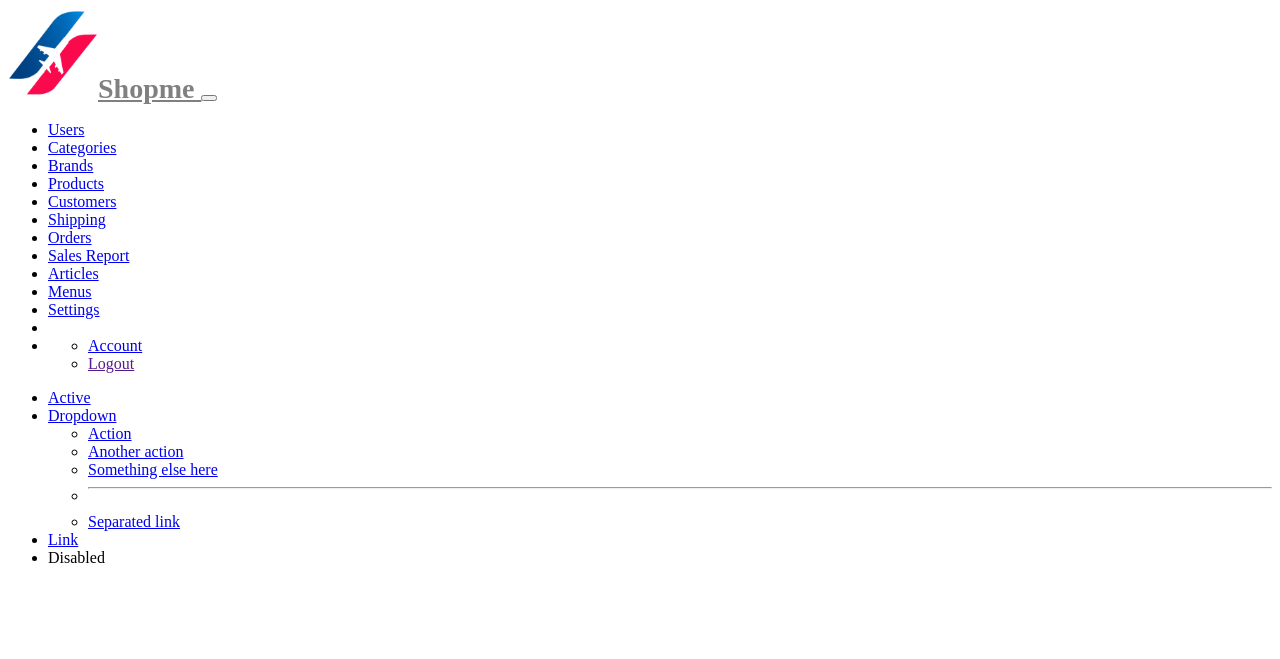
Repository: rahulcivildp/SpringProjects
Page: http://localhost/navigation
The author's editor kept a copy of each file at every save. The page is drawn from the files as they stood at one save, then again after the next save.
The browser window is 1280 px wide. The pictures show the whole page.
The page is this project's Thymeleaf template; nobody is signed in. The template is opened directly, without the code that normally fills it, so the values that code supplies are empty.

Above is the page before, as saved 2022-10-27 00:32:47.

### ShopmeProject/ShopmeWebParent/ShopmeBackEnd/src/main/resources/templates/navigation.html
<!DOCTYPE html>
<html xmlns:th="http://www.thymeleaf.org"
		xmlns:sec="http://www.thymeleaf.org/thymeleaf-extras-springsecurity5">

<body>
	<div th:fragment="nav_menu">
			<form th:action="@{/logout}" method="post" th:hidden="true" name="logoutForm">
				<input type="submit">
			</form>
			<nav class="navbar navbar-expand-lg bg-dark navbar-dark">
				<a class="navbar-brand" th:href="@{/}" style="font-size: 28px; color: grey; font-weight: 700;"> <img alt="logo"
					th:src="@{/images/easegofly icon logo web b.png}" width=90
					height=90>Shopme
				</a>
				<button class="navbar-toggler" type="button"
					data-bs-toggle="collapse" data-bs-target="#topNavBar"
					aria-controls="topNavBar" aria-expanded="false"
					aria-label="Toggle navigation">
					<span class="navbar-toggler-icon"></span>
				</button>

				<div class="collapse navbar-collapse" id="topNavBar">
					<ul class="navbar-nav">
						<li class="nav-item">
							<a class="nav-link" th:href="@{/users}">Users <i class="fa fa-solid fa-caret-down"></i></a>
						</li>
						<li class="nav-item">
							<a class="nav-link" th:href="@{/categories}">Categories <i class="fa fa-solid fa-caret-down"></i></a>
						</li>
						<li class="nav-item">
							<a class="nav-link" th:href="@{/brands}">Brands <i class="fa fa-solid fa-caret-down"></i></a>
						</li>
						<li class="nav-item">
							<a class="nav-link" th:href="@{/products}">Products <i class="fa fa-solid fa-caret-down"></i></a>
						</li>
						<li class="nav-item">
							<a class="nav-link" th:href="@{/customers}">Customers <i class="fa fa-solid fa-caret-down"></i></a>
						</li>
						<li class="nav-item">
							<a class="nav-link" th:href="@{/shipping}">Shipping <i class="fa fa-solid fa-caret-down"></i></a>
						</li>
						<li class="nav-item">
							<a class="nav-link" th:href="@{/orders}">Orders <i class="fa fa-solid fa-caret-down"></i></a>
						</li>
						<li class="nav-item">
							<a class="nav-link" th:href="@{/salesReport}">Sales Report <i class="fa fa-solid fa-caret-down"></i></a>
						</li>
						<li class="nav-item">
							<a class="nav-link" th:href="@{/articles}">Articles <i class="fa fa-solid fa-caret-down"></i></a>
						</li>
						<li class="nav-item">
							<a class="nav-link" th:href="@{/menus}">Menus <i class="fa fa-solid fa-caret-down"></i></a>
						</li>
						<li class="nav-item">
							<a class="nav-link" th:href="@{/settings}">Settings <i class="fa fa-solid fa-caret-down"></i></a>
						</li>
						<li>
							<span class="fa fa-solid fa-user fa-2x icon-silver"></span>
						</li>
						<li class="dropdown">
						  <a class="nav-link dropdown-toggle" type="button" data-bs-toggle="dropdown" aria-expanded="false" sec:authentication="principal.fullName"></a>
						  <ul class="dropdown-menu">
						    <li><a class="dropdown-item" th:href="@{/account}" >Account</a></li>
						    <li><a class="dropdown-item" id="logoutLink" href="">Logout</a></li>
						  </ul>
						</li>

					</ul>
				</div>
			</nav>
			<ul class="nav nav-tabs">
  <li class="nav-item">
    <a class="nav-link active" aria-current="page" href="#">Active</a>
  </li>
  <li class="nav-item dropdown">
    <a class="nav-link dropdown-toggle" data-bs-toggle="dropdown" href="#" role="button" aria-expanded="false">Dropdown</a>
    <ul class="dropdown-menu">
      <li><a class="dropdown-item" href="#">Action</a></li>
      <li><a class="dropdown-item" href="#">Another action</a></li>
      <li><a class="dropdown-item" href="#">Something else here</a></li>
      <li><hr class="dropdown-divider"></li>
      <li><a class="dropdown-item" href="#">Separated link</a></li>
    </ul>
  </li>
  <li class="nav-item">
    <a class="nav-link" href="#">Link</a>
  </li>
  <li class="nav-item">
    <a class="nav-link disabled">Disabled</a>
  </li>
</ul>
		</div>

</body>
</html>

After the next save:
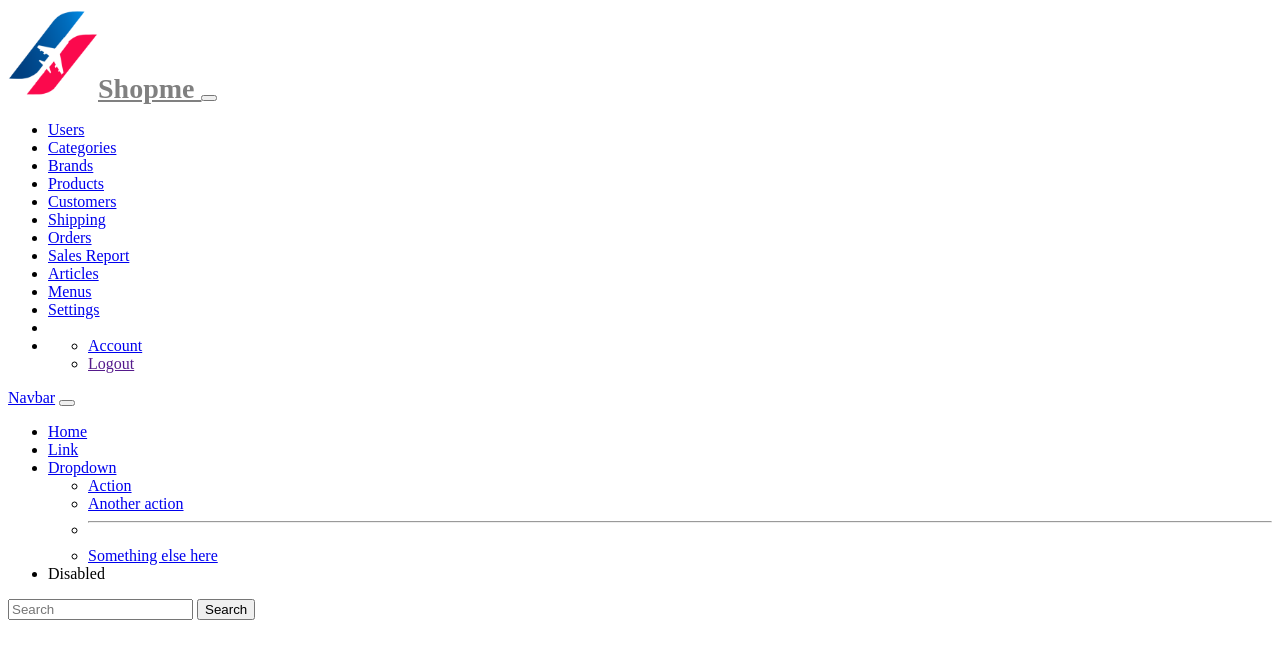
Saved 49 s later.
--- a/ShopmeProject/ShopmeWebParent/ShopmeBackEnd/src/main/resources/templates/navigation.html
+++ b/ShopmeProject/ShopmeWebParent/ShopmeBackEnd/src/main/resources/templates/navigation.html
@@ -68,27 +68,42 @@
 					</ul>
 				</div>
 			</nav>
-			<ul class="nav nav-tabs">
-  <li class="nav-item">
-    <a class="nav-link active" aria-current="page" href="#">Active</a>
-  </li>
-  <li class="nav-item dropdown">
-    <a class="nav-link dropdown-toggle" data-bs-toggle="dropdown" href="#" role="button" aria-expanded="false">Dropdown</a>
-    <ul class="dropdown-menu">
-      <li><a class="dropdown-item" href="#">Action</a></li>
-      <li><a class="dropdown-item" href="#">Another action</a></li>
-      <li><a class="dropdown-item" href="#">Something else here</a></li>
-      <li><hr class="dropdown-divider"></li>
-      <li><a class="dropdown-item" href="#">Separated link</a></li>
-    </ul>
-  </li>
-  <li class="nav-item">
-    <a class="nav-link" href="#">Link</a>
-  </li>
-  <li class="nav-item">
-    <a class="nav-link disabled">Disabled</a>
-  </li>
-</ul>
+			<nav class="navbar navbar-expand-lg bg-light">
+  <div class="container-fluid">
+    <a class="navbar-brand" href="#">Navbar</a>
+    <button class="navbar-toggler" type="button" data-bs-toggle="collapse" data-bs-target="#navbarSupportedContent" aria-controls="navbarSupportedContent" aria-expanded="false" aria-label="Toggle navigation">
+      <span class="navbar-toggler-icon"></span>
+    </button>
+    <div class="collapse navbar-collapse" id="navbarSupportedContent">
+      <ul class="navbar-nav me-auto mb-2 mb-lg-0">
+        <li class="nav-item">
+          <a class="nav-link active" aria-current="page" href="#">Home</a>
+        </li>
+        <li class="nav-item">
+          <a class="nav-link" href="#">Link</a>
+        </li>
+        <li class="nav-item dropdown">
+          <a class="nav-link dropdown-toggle" href="#" role="button" data-bs-toggle="dropdown" aria-expanded="false">
+            Dropdown
+          </a>
+          <ul class="dropdown-menu">
+            <li><a class="dropdown-item" href="#">Action</a></li>
+            <li><a class="dropdown-item" href="#">Another action</a></li>
+            <li><hr class="dropdown-divider"></li>
+            <li><a class="dropdown-item" href="#">Something else here</a></li>
+          </ul>
+        </li>
+        <li class="nav-item">
+          <a class="nav-link disabled">Disabled</a>
+        </li>
+      </ul>
+      <form class="d-flex" role="search">
+        <input class="form-control me-2" type="search" placeholder="Search" aria-label="Search">
+        <button class="btn btn-outline-success" type="submit">Search</button>
+      </form>
+    </div>
+  </div>
+</nav>
 		</div>
 
 </body>
